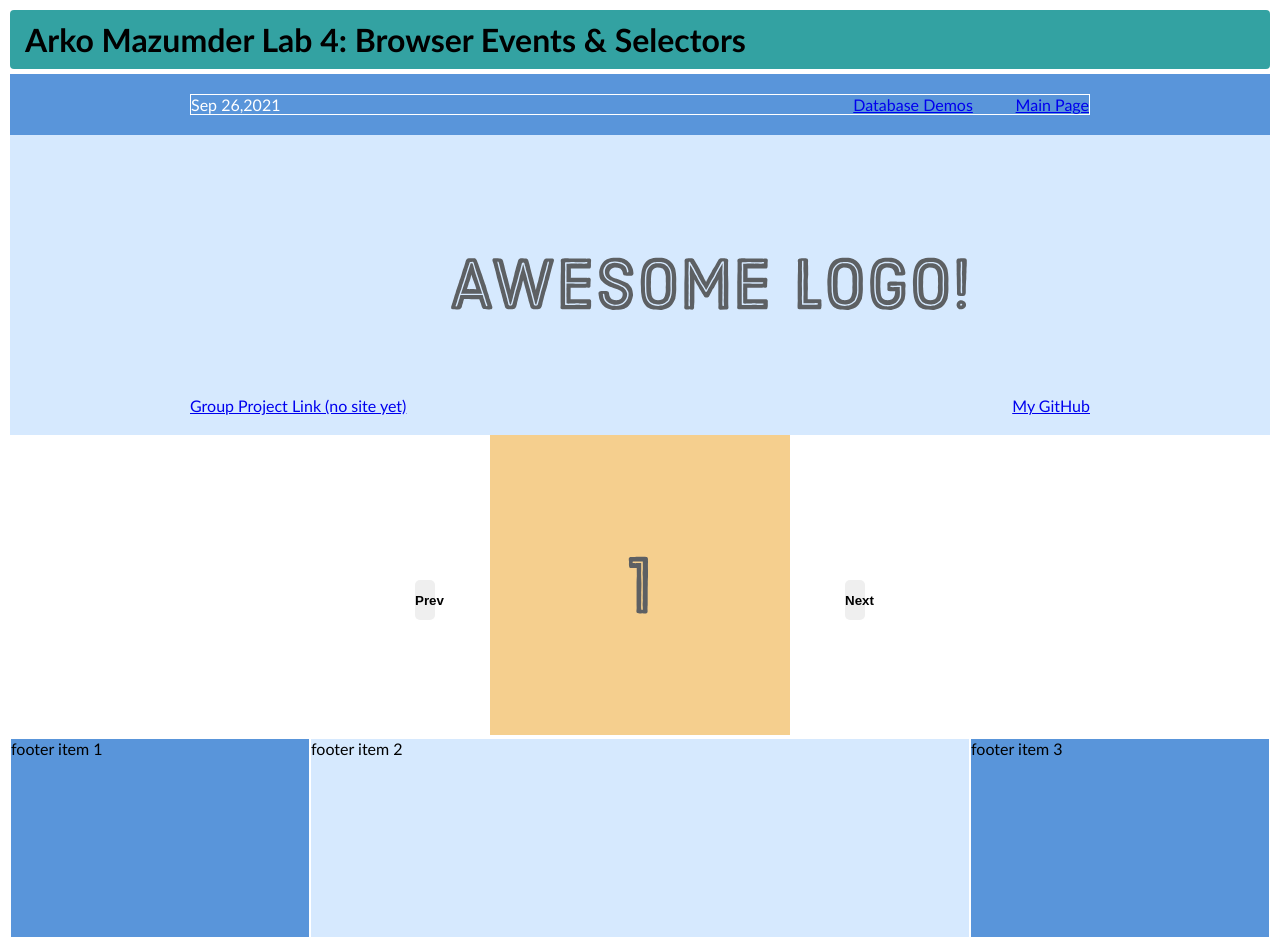
Repository: arkomz/INST377-Lab-Work
Page: client/lab_4/index.html
An editor plug-in stored every save of this project. The page is shown before and after the next save, followed by the edit.
The browser window is 1280 px wide. The pictures show the whole page.

Above is the page before, as saved 2021-09-26 21:50:10.

### client/lab_4/index.html
<!DOCTYPE html>
<html lang='en'>
  <head>
    <meta charset='UTF-8'/>
    <meta name = 'viewport'
    content='width=device-width, initial-scale=1.0, maximum-scale=0.5' />
    <title>Arko Mazumder</title>
    <link rel='stylesheet' href='styles.css'/>
  </head>
  <body>

    <div class = 'wrapper'>
    <h1 class='title'> Arko Mazumder Lab 4: Browser Events & Selectors</h1>
    <div class='menu-container'>
      <div class='menu'>
        <div class='date'>Sep 26,2021</div>

        <div class='signup'> <a href = 'data.html'> Database Demos</a> </div>
        <div class='login'> <a href = 'index.html'> Main Page</a> </div>

      </div>
      </div>

      <div class='header-container'>
            <div class='header'>
            <div class='subscribe'> <a href =  "https://INST377Group4.com"> Group Project Link (no site yet)</a></div>
            <div class='logo'><img src='images/awesome-logo.svg'/></div>
            <div class='social'> <a href = "https://github.com/arkomz"> My GitHub </a> </div>
          </div>
        </div>

    <div class='photo-grid-container'>
              <div class='photo-grid'>
                <div class="carousel">
                <div class="carousel__item carousel__item--visible">
                    <img src='images/one.svg'/>
                  </div>
                <div class='carousel__item'>
                    <img src='images/two.svg'/>
                  </div>
                <div class='carousel__item'>
                    <img src='images/three.svg'/>
                  </div>
                <div class='carousel__item'>
                  <img src='images/four.svg'/>
                </div>
                <div class='carousel__item'>
                  <img src='images/five.svg'/>

                </div>
              </div>
            </div>


    <div class="carousel__actions">
        <button id="carousel__button--prev" aria-label="Previous slide">Prev</button>
        <button id="carousel__button--next" aria-label="Next slide">Next</button>
        </div>
    </div>



            <div class='footer'>
            <div class='footer-item Footer One footer-one'> footer item 1</div>
            <div class='footer-item footer-two'> footer item 2</div>
            <div class='footer-item footer-three'> footer item 3</div>
          </div>

    </div>
  </body>
  <script src= "script.js"></script>

### client/lab_4/styles.css
* {
    margin: 0;
    padding: 0;
    box-sizing: border-box;
  }

  .wrapper {
    display:flex;
    flex-direction: column;
    font-family: ‘Segoe UI’, Candara, ‘Bitstream Vera Sans’, ‘DejaVu Sans’, ‘Bitsream Vera Sans’, ‘Trebuchet MS’, Verdana, ‘Verdana Ref’, sans-serif;
    margin:10px;
  }


  .title{
    display: inline-block;
    background-color: rgba(0,139, 139,0.8);
    border-radius: 4px;
    padding: 10px 15px;
    margin: 0;
    margin-bottom: 5px;
  }

  .menu-container {
    color: #fff;
    background-color: #5995DA;  /* Blue */
    padding: 20px 0;
    display: flex;
    justify-content: center;
  }

  .menu {
    border: 1px solid #fff;
    width: 900px;
    display: flex;
    justify-content: space-between;
  }

  .links {
    border: 1px solid #fff;  /* For debugging */
    display: flex;
    justify-content: flex-end;
  }

  .login {
    margin-left: 20px;
  }

  .header-container {
    color: #5995DA;
    background-color: #D6E9FE;
    display: flex;
    justify-content: center;
  }

  .header {
    width: 900px;
    height: 300px;
    display: flex;
    justify-content: space-between;
    align-items: center;
  }

  .photo-grid-container {
    display: flex;
    justify-content: center;
  }

  .photo-grid {
    width: 900px;
    display: flex;
    justify-content: center;
    flex-wrap: wrap;
    flex-direction: row;
    align-items: center;
  }

  .photo-grid-item {
    border: 1px solid #fff;
    width: 300px;
    height: 300px;
  }

  .first-item {
    order: 1;
  }

  .last-item {
    order: -1;
  }

  .social,
  .subscribe {
    align-self: flex-end;
    margin-bottom: 20px;
    }

    .footer {
        display: flex;
        justify-content: space-between;
      }

  .footer-item {
    border: 1px solid #fff;
    background-color: #D6E9FE;
    height: 200px;
    flex: 1;
  }

  .footer-three {
    flex: 2;
  }

  .footer-one,
  .footer-three {
    background-color: #5995DA;
    flex: initial;
    width: 300px;
  }

  .signup {
    margin-left: 550px;
  }

  .carousel {
    overflow: hidden;
    max-width: 600px;
    position: relative;
  }

  .carousel .carousel__item,
  .carousel .carousel__item--hidden {
    display: none;
  }

  .carousel .carousel__item img {
    width: 100%;
    max-width: 600px;
    height: auto;
  }

  .carousel .carousel__item--visible {
    display: block;
    animation: fadeVisibility 0.5s;
  }

  .carousel__actions {
    display: flex;
    width: 450px;
    justify-content: space-between;
    position: absolute;
    top: 600px;
    transform: translateY(-50%);
  }

  .carousel__actions button {
    border-radius: 5px;
    border: 0;
    font-weight: bold;
    cursor: pointer;
    width: 20px;
    height: 40px;
  }

  .carousel .carousel__actions button#carousel__button--prev {
    margin-left: 20px;
  }

  .carousel .carousel__actions button#carousel__button--next {
    margin-right: 20px;
  }

  @keyframes fadeVisibility {
    0% {
      opacity: 0;
    }
    100% {
      opacity: 1;
      transform: opacity linear;
    }
  }

### client/lab_4/script.js
let slidePosition = 0;
const slides = document.getElementsByClassName('carousel__item');
const totalSlides = slides.length;

document.
  getElementById('carousel__button--next')
  .addEventListener("click", function() {
    moveToNextSlide();
  });
document.
  getElementById('carousel__button--prev')
  .addEventListener("click", function() {
    moveToPrevSlide();
  });

function updateSlidePosition() {
  for (let slide of slides) {
    slide.classList.remove('carousel__item--visible');
    slide.classList.add('carousel__item--hidden');
  }

  slides[slidePosition].classList.add('carousel__item--visible');
}

function moveToNextSlide() {
  if (slidePosition === totalSlides - 1) {
    slidePosition = 0;
  } else {
    slidePosition++;
  }

  updateSlidePosition();
}

function moveToPrevSlide() {
  if (slidePosition === 0) {
    slidePosition = totalSlides - 1;
  } else {
    slidePosition--;
  }

  updateSlidePosition();
}

After the next save:
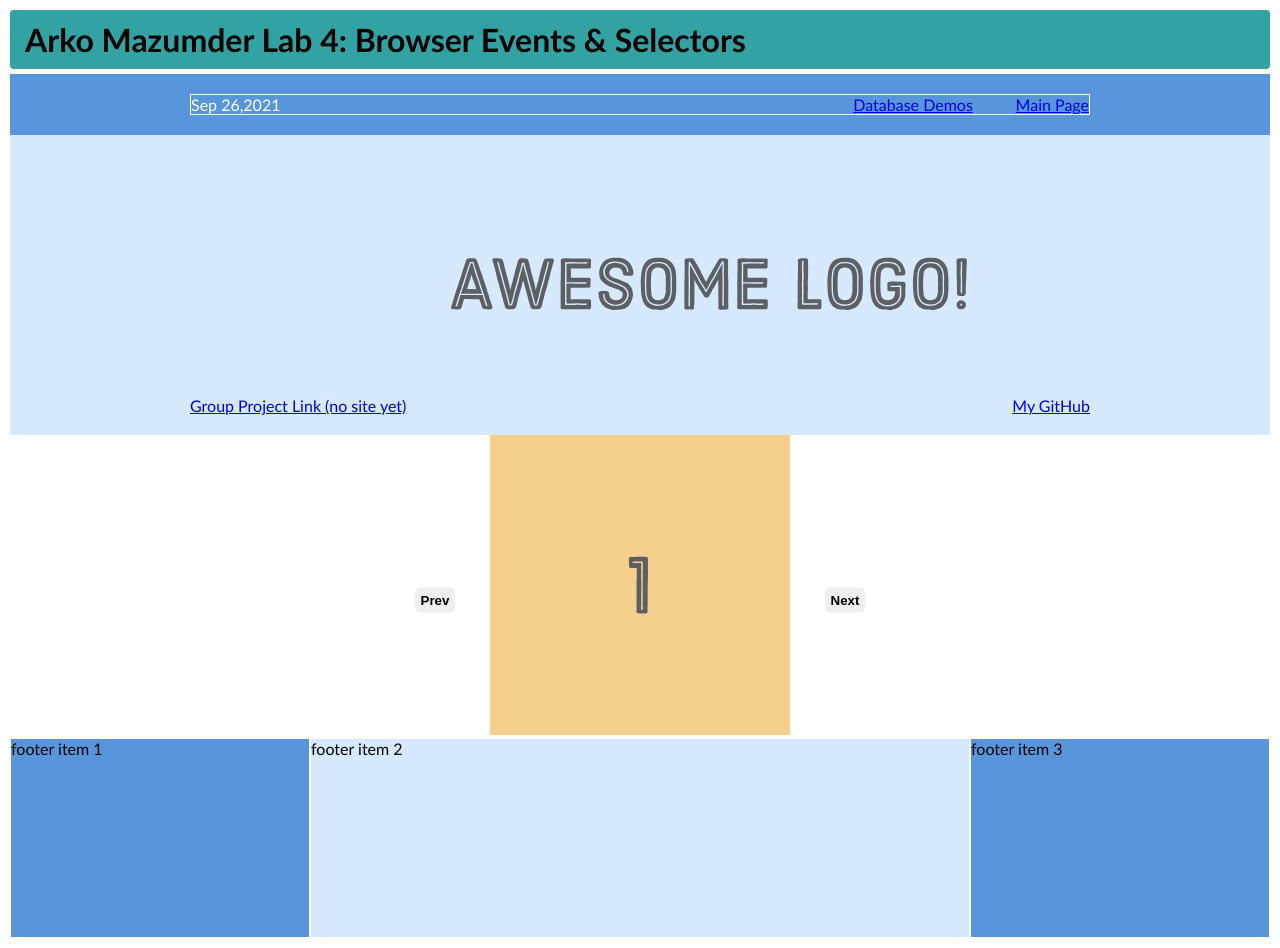
Saved 10 s later.
--- a/client/lab_4/styles.css
+++ b/client/lab_4/styles.css
@@ -158,8 +158,8 @@
     border: 0;
     font-weight: bold;
     cursor: pointer;
-    width: 20px;
-    height: 40px;
+    width: 40px;
+    height: 25px;
   }
 
   .carousel .carousel__actions button#carousel__button--prev {
